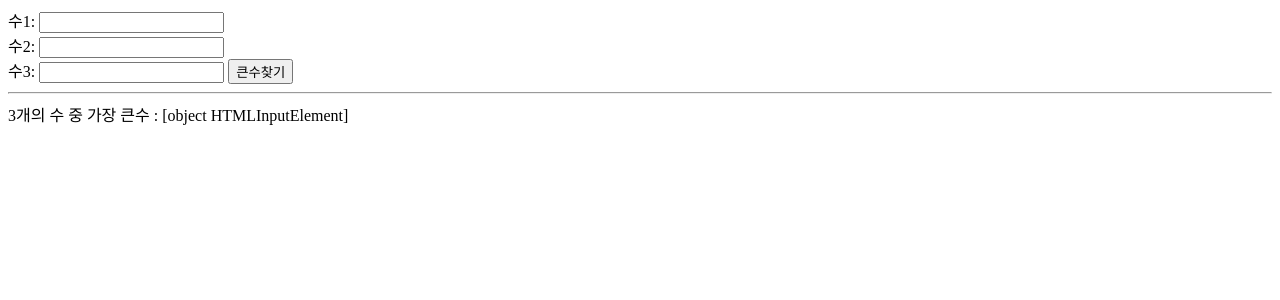
Repository: Jin0207/javaScript
Page: day0103/src/main/webapp/nestedIfTest.html
These files come from the project's save history. The page is drawn as it stood at one moment and after the next save; the edit follows.
The browser window is 1280 px wide. The pictures show the whole page.

Above is the page before, as saved 2022-01-03 05:41:50.

### day0103/src/main/webapp/nestedIfTest.html
<!DOCTYPE html>
<html>
<head>
<meta charset="UTF-8">
<title>Insert title here</title>
<script type="text/javascript">
	window.onload = function max() {
		const num1 = document.getElementById("num1");
		const num2 = document.getElementById("num2");
		const num3 = document.getElementById("num3");
		let max = num1;

		if(num2 > max){
			max = num2;
			if(num3 > num2){
				max = num3;
			}
		}

		if(num3 > max){
			max = num3;
			if(num2 > num3){
				max = num2;
			}
		}

		document.getElementById("result").innerHTML = max;
	}
</script>
</head>
<body>
	수1: <input type="number" id="num1"><br>
	수2: <input type="number" id="num2"><br>
	수3: <input type="number" id="num3">
	<button type="button" onclick="max()">큰수찾기</button>
	<hr>
	3개의 수 중 가장 큰수 : <span id="result"></span>
</body>
</html>

After the next save:
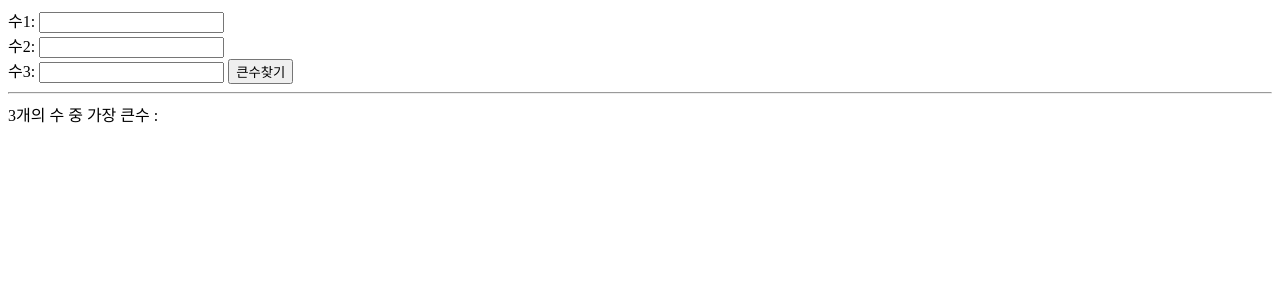
Saved 19 s later.
--- a/day0103/src/main/webapp/nestedIfTest.html
+++ b/day0103/src/main/webapp/nestedIfTest.html
@@ -4,7 +4,7 @@
 <meta charset="UTF-8">
 <title>Insert title here</title>
 <script type="text/javascript">
-	window.onload = function max() {
+	function max() {
 		const num1 = document.getElementById("num1");
 		const num2 = document.getElementById("num2");
 		const num3 = document.getElementById("num3");
